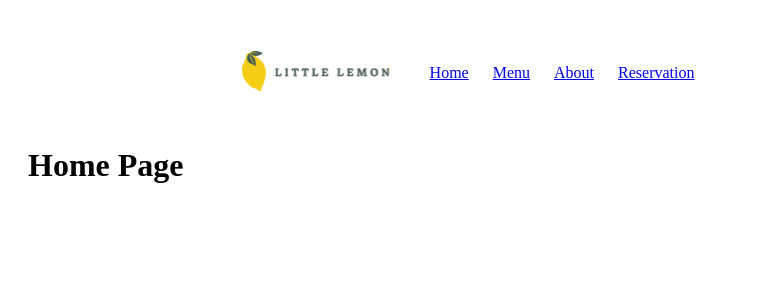
Repository: Yeshwanth-189/little-lemon
Page: / (app in little-lemon/)
These files come from the project's save history. The page is drawn as it stood at one moment and after the next save; the edit follows.
The browser window is 768 px wide. The pictures show the whole page.
The project was rebuilt for these pictures with package versions that can differ from the ones it lists, and the page was loaded fresh each time.

Above is the page before, as saved 2025-04-26 16:00:50.

After the next save:
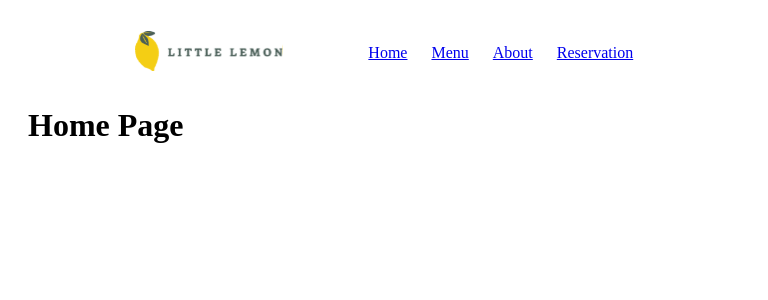
Saved 2 min 13 s later.
--- a/little-lemon/src/components/Navigation/NavBar.css
+++ b/little-lemon/src/components/Navigation/NavBar.css
@@ -11,6 +11,13 @@
   z-index: 10; /* Stay on top while scrolling */
 }
 
+@media (max-width: 768px) {
+  .nav-container {
+    padding: 0 5%;
+    margin: 0% 10% 0% 10%;
+  }
+}
+
 .logo-image {
   width: 100px;
   height: auto;
